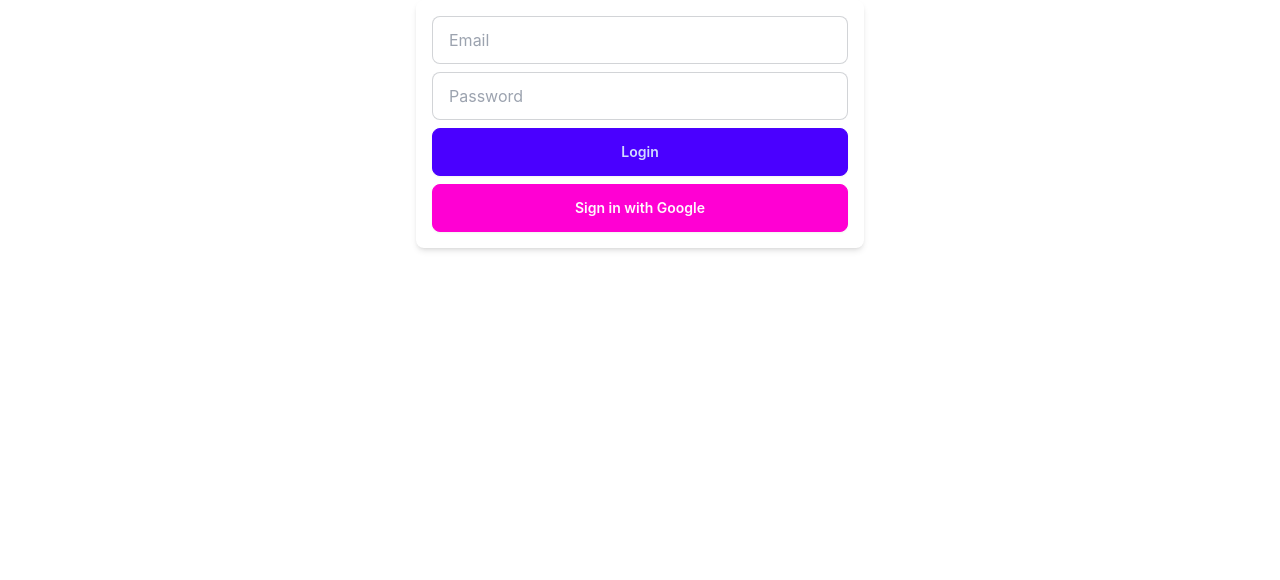
Repository: ossioa/instagrmmanu
Page: /
These files come from the project's save history. The page is drawn as it stood at one moment and after the next save; the edit follows.
The browser window is 1280 px wide. The pictures show the whole page.
The project was rebuilt for these pictures with package versions that can differ from the ones it lists, and the page was loaded fresh each time. Also part of the build but not shown: src/Components/Auth/Signup.js, src/Components/Common/Navbar.jsx, src/Components/Common/Layout.jsx, src/Components/Profile/EditProfile.jsx, src/Components/Post/CreatePost.jsx.

Above is the page before, as saved 2024-05-11 14:46:50.

After the next save:
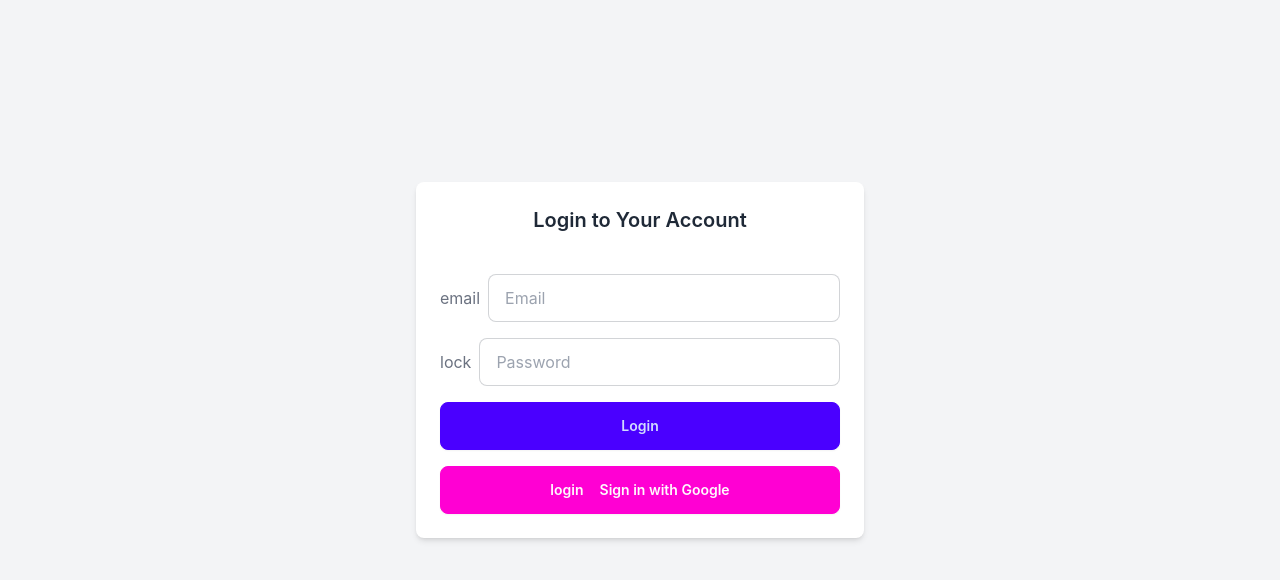
Saved 10 min 39 s later.
--- a/src/Components/Auth/Login.jsx
+++ b/src/Components/Auth/Login.jsx
@@ -27,26 +27,38 @@ const Login = () => {
   };
 
   return (
-    <form onSubmit={handleEmailLogin} className="flex flex-col p-4 space-y-2 bg-white shadow-md rounded-lg max-w-md mx-auto">
-      <input
-        type="email"
-        value={email}
-        onChange={(e) => setEmail(e.target.value)}
-        placeholder="Email"
-        className="input input-bordered w-full"
-        autoComplete="username"
-      />
-      <input
-        type="password"
-        value={password}
-        onChange={(e) => setPassword(e.target.value)}
-        placeholder="Password"
-        className="input input-bordered w-full"
-        autoComplete="current-password"
-      />
-      <button type="submit" className="btn btn-primary w-full">Login</button>
-      <button type="button" onClick={googleSignIn} className="btn btn-secondary w-full">Sign in with Google</button> {/* Bouton pour la connexion Google */}
-    </form>
+    <div className="flex justify-center items-center min-h-screen bg-gray-100">
+      <form onSubmit={handleEmailLogin} className="flex flex-col p-6 space-y-4 bg-white shadow-md rounded-lg max-w-md w-full">
+        <h2 className="text-xl font-semibold text-center mb-6">Login to Your Account</h2>
+        <div className="flex items-center space-x-2">
+          <span className="material-icons-outlined text-gray-500">email</span>
+          <input
+            type="email"
+            value={email}
+            onChange={(e) => setEmail(e.target.value)}
+            placeholder="Email"
+            className="input input-bordered w-full"
+            autoComplete="username"
+          />
+        </div>
+        <div className="flex items-center space-x-2">
+          <span className="material-icons-outlined text-gray-500">lock</span>
+          <input
+            type="password"
+            value={password}
+            onChange={(e) => setPassword(e.target.value)}
+            placeholder="Password"
+            className="input input-bordered w-full"
+            autoComplete="current-password"
+          />
+        </div>
+        <button type="submit" className="btn btn-primary w-full">Login</button>
+        <button type="button" onClick={googleSignIn} className="btn btn-secondary w-full flex items-center justify-center">
+          <span className="material-icons-outlined mr-2">login</span>
+          Sign in with Google
+        </button>
+      </form>
+    </div>
   );
 };
 
